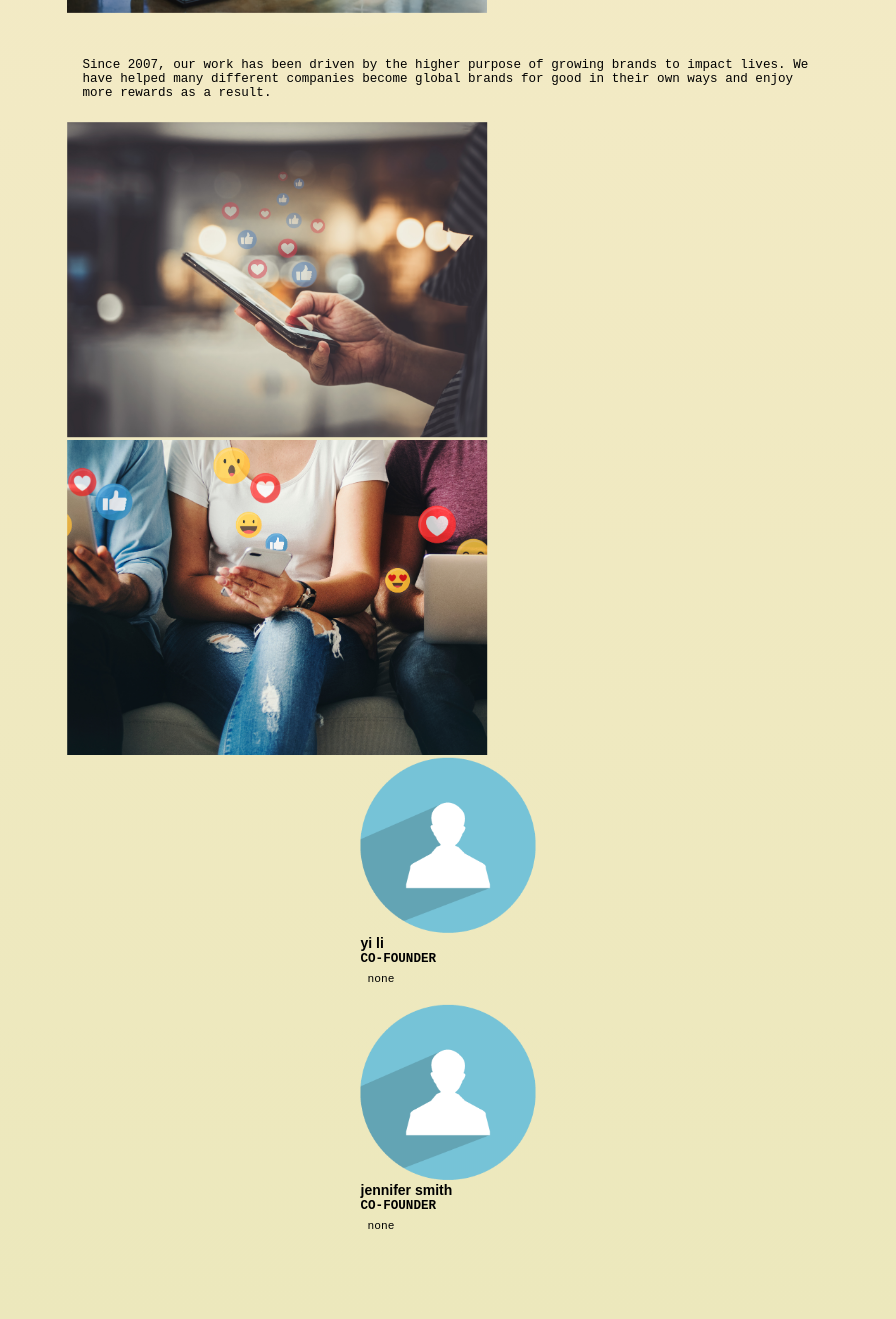
Repository: cheungglenda/MDIA2109-Week3
Page: /
An editor plug-in stored every save of this project. The page is shown before and after the next save, followed by the edit.
The browser window is 1280 px wide. The pictures show the part of the page from y = 702 to 2622 px (the page is 2586 px tall before and 2622 px after), at 70% of full size.
The project was rebuilt for these pictures with package versions that can differ from the ones it lists, and the page was loaded fresh each time. The framework's server and built-in components were replaced by stand-ins that run in the browser. Also part of the build but not shown: next.config.js.

Above is the page before, as saved 2023-01-20 23:33:50.

### pages/index.js
import Head from 'next/head'
import Image from 'next/image'
import { Inter } from '@next/font/google'
import styles from '@/styles/Home.module.css'
import homeData from '../data/education.json'
import { useState } from 'react'
import Card from '../components/Card'
import Link from 'next/link'

const inter = Inter({ subsets: ['latin'] })

export default function Home() {

  /** ([...data]) enters the data in the useState and is calling that info. the useState has all the data from the education.json file */
  const [information, setInformation] = useState([...homeData])
  console.log(homeData);

  return (
    <>
      <Head>
        <title>Pug Media Co.</title>
        <meta name="description" content="Full-service digital marketing agency" />
        <meta name="viewport" content="width=device-width, initial-scale=1" />
        <link rel="icon" href="/favicon.ico" />
      </Head>
      <main className={styles.main}>
        <div className={styles.buttons}>
      <Link href="/" className={styles.links}>Home</Link>
      <Link href="../about" className={styles.links}>About</Link>
      <Link href="/" className={styles.links}>Contact</Link>
        </div>

        <div className={styles.meetTitle}>Pug Media Co.</div>
        <div className={styles.center}>
          <Image
            className={styles.logo}
            src="/office.jpeg"
            width={600}
            height={450}
          />
          <div className={styles.homeDesc}>
            Pug Media Co. is an independent creative full-service media agency developing content on a global scale. <br></br><br></br>The experts here at Pug Media Co. specialize in SEO, web design, and branding. We have helped many clients from various industries, and hope to help you achieve your goals as well!
          </div>
        </div>
        <div className={styles.bottom}>
        <div className={styles.homeDesc}>
        Since 2007, our work has been driven by the higher purpose of growing brands to impact lives. We have helped many different companies become global brands for good in their own ways and enjoy more rewards as a result.<br></br>
          </div>
        <Image
            className={styles.social}
            src="/media.jpeg"
            width={600}
            height={450}
          />
                <Image
            className={styles.social}
            src="/media2.jpeg"
            width={600}
            height={450}
          />
        </div>
        <div className={styles.profiles}>
            {information && information.map((info, index) => {
              if(info.department === "Business") {
                return (
                  <Card key={index}
                    image={info.image}
                    firstname={info.firstName}
                    lastname={info.lastName}
                    jobtitle={info.jobTitle}
                  />
                )
              }
            })}

              {information && information.map((info, index) => {
              if(info.department === "HR") {
                return (
                  <Card key={index}
                    image={info.image}
                    firstname={info.firstName}
                    lastname={info.lastName}
                    jobtitle={info.jobTitle}
                  />
                )
              }
            })}
          </div>
      </main>
    </>
  )
}

/** .toLowerCase() is input when you don't want to worry about case sensitivity */

### styles/Home.module.css
.main {
  display: flex;
  flex-direction: column;
  justify-content: space-between;
  align-items: center;
  padding: 6rem;
  font-family:arial;
  min-height: 100vh;
  background-image: linear-gradient(rgb(245, 235, 200), rgb(236, 232, 188));

}

.buttons {
  display: flex;
  flex-direction:row;
  justify-content: space-evenly;
  margin-bottom:3%;
}

.links:hover {
  text-decoration:underline;
}

.links {
  font-size: 18px;
  max-width: var(--max-width);
  width: 100%;
  font-weight:900;
  font-family: 'Courier New', Courier, monospace;
  text-transform:lowercase;
  padding-left:10%;
}

.description {
  display: inherit;
  justify-content: inherit;
  align-items: inherit;
  font-size: 15px;
  max-width: var(--max-width);
  width: 100%;
  font-family: var(--font-mono);
}

.social {
  justify-content:inherit;
  object-fit:cover;
  margin-right:2%;
}

.homeDesc {
  font-size: 18px;
  font-family:'Courier New', Courier, monospace;
  margin-left:2%;
  margin-bottom:3%;
}

.description a {
  display: flex;
  justify-content: center;
  align-items: center;
  gap: 0.5rem;
}

.description p {
  position: relative;
  margin: 0;
  padding: 1rem;
  background-color: rgba(var(--callout-rgb), 0.5);
  border: 1px solid rgba(var(--callout-border-rgb), 0.3);
  border-radius: var(--border-radius);
}

.code {
  font-weight: 700;
  font-family: var(--font-mono);
}

.meetTitle {
  font-size: 50px;
  font-weight:700;
  text-transform:lowercase;
  font-family:'Courier New', Courier, monospace;
  text-align:center;
}

.grid {
  display: flex;
  justify-content:center;
  width: var(--max-width);
  max-width: 100%;
  align-items:center;
  flex: 1;
}

.card {
  padding: 1rem 1.2rem;
  border-radius: var(--border-radius);
  background: rgba(var(--card-rgb), 0);
  border: 1px solid rgba(var(--card-border-rgb), 0);
  transition: background 200ms, border 200ms;
}

.card span {
  display: inline-block;
  transition: transform 200ms;
}

.info {
  font-family:'Courier New', Courier, monospace;
}

.card h2 {
  font-weight: 600;
  margin-bottom: 0.7rem;
}

.card p {
  margin: 0;
  opacity: 0.6;
  font-size: 0.9rem;
  line-height: 1.5;
  max-width: 30ch;
}


.employees {
  display:flex;
  gap:20px;
  width: 80%;
  text-align:center;
  font-family:'Courier New', Courier, monospace;
}

.titleDesc {
  font-size:16px;
  margin-bottom:3%;
}

.center {
  display: flex;
  justify-content: center;
  align-items: center;
  position: relative;
  padding: 4rem 0;
}

.center::before {
  background: var(--secondary-glow);
  border-radius: 50%;
  width: 480px;
  height: 360px;
  margin-left: -400px;
}

.center::after {
  background: var(--primary-glow);
  width: 240px;
  height: 180px;
  z-index: -1;
}

.center::before,
.center::after {
  content: '';
  left: 50%;
  position: absolute;
  filter: blur(45px);
  transform: translateZ(0);
}

.logo,
.thirteen {
  position: relative;
  object-fit:cover;
}

.thirteen {
  display: flex;
  justify-content: center;
  align-items: center;
  width: 75px;
  height: 75px;
  padding: 25px 10px;
  margin-left: 16px;
  transform: translateZ(0);
  border-radius: var(--border-radius);
  overflow: hidden;
  box-shadow: 0px 2px 8px -1px #0000001a;
}

.thirteen::before,
.thirteen::after {
  content: '';
  position: absolute;
  z-index: -1;
}

/* Conic Gradient Animation */
.thirteen::before {
  animation: 6s rotate linear infinite;
  width: 200%;
  height: 200%;
  background: var(--tile-border);
}

/* Inner Square */
.thirteen::after {
  inset: 0;
  padding: 1px;
  border-radius: var(--border-radius);
  background: linear-gradient(
    to bottom right,
    rgba(var(--tile-start-rgb), 1),
    rgba(var(--tile-end-rgb), 1)
  );
  background-clip: content-box;
}

/* Enable hover only on non-touch devices */
@media (hover: hover) and (pointer: fine) {
  .card:hover {
    background: rgba(var(--card-rgb), 0.1);
    border: 1px solid rgba(var(--card-border-rgb), 0.15);
  }

  .card:hover span {
    transform: translateX(4px);
  }
}

@media (prefers-reduced-motion) {
  .thirteen::before {
    animation: none;
  }

  .card:hover span {
    transform: none;
  }
}

/* Mobile */
@media (max-width: 700px) {
  .content {
    padding: 4rem;
  }

  .grid {
    grid-template-columns: 1fr;
    margin-bottom: 120px;
    max-width: 320px;
    text-align: center;
  }

  .card {
    padding: 1rem 2.5rem;
  }

  .card h2 {
    margin-bottom: 0.5rem;
  }

  .center {
    padding: 8rem 0 6rem;
  }

  .center::before {
    transform: none;
    height: 300px;
  }

  .description {
    font-size: 0.8rem;
  }

  .description a {
    padding: 1rem;
  }

  .description p,
  .description div {
    display: flex;
    justify-content: center;
    position: fixed;
    width: 100%;
  }

  .description p {
    align-items: center;
    inset: 0 0 auto;
    padding: 2rem 1rem 1.4rem;
    border-radius: 0;
    border: none;
    border-bottom: 1px solid rgba(var(--callout-border-rgb), 0.25);
    background: linear-gradient(
      to bottom,
      rgba(var(--background-start-rgb), 1),
      rgba(var(--callout-rgb), 0.5)
    );
    background-clip: padding-box;
    backdrop-filter: blur(24px);
  }

  .description div {
    align-items: flex-end;
    pointer-events: none;
    inset: auto 0 0;
    padding: 2rem;
    height: 200px;
    background: linear-gradient(
      to bottom,
      transparent 0%,
      rgb(var(--background-end-rgb)) 40%
    );
    z-index: 1;
  }
}

/* Tablet and Smaller Desktop */
@media (min-width: 701px) and (max-width: 1120px) {
  .grid {
    grid-template-columns: repeat(2, 50%);
  }
}

@media (prefers-color-scheme: dark) {

  .main {
    background-image: linear-gradient(rgb(51, 65, 14), rgb(169, 169, 110));
  }

  .vercelLogo {
    filter: invert(1);
  }

  .meetTitle {
    color:white;
  }

  .titleDesc {
    color:white;
  }

  .links {
    color: white;
  }

  .employees {
    color: black;
  }
}

@keyframes rotate {
  from {
    transform: rotate(360deg);
  }
  to {
    transform: rotate(0deg);
  }
}

### data/education.json
[
        {
            "firstName": "Yi",
            "lastName": "Li",
            "department": "Business",
            "jobTitle": "Co-Founder",
            "description": "Pug Media Co. does results. We do them best when we do them together, when it is achieved as a team. In all that we do we aspire to wow our clients and their customers with the brilliant work that delivers amazing, measurable results. We strive to make a positive impact, which is at the heart of everything that we do."
        },
        {
            "firstName": "Jennifer",
            "lastName": "Smith",
            "department": "HR",
            "jobTitle": "Co-Founder",
            "description": "As one of the co-founders of Pug Media Co., we have a simple but great vision in helping clients strategize their social media. Our passion lies in bringing an impact to the lives of others through our work, and we are so grateful that we get to work with a multitude of clients from different industries."
        }
]

### components/Card/index.js
export default function Card({
    firstname = "none",
    lastname = "none",
    department = "none",
    jobtitle = "none",
    yearsworked = 0,
    description = "none",
    contact = "none",
    color = "pink",
    font = "O",
    image = "icon/person.png"
}) {
    return (
        <div>
            <img src={image} width="250"></img>
            <h1 style={{textTransform: "lowercase", fontSize: 20}}>{firstname} {lastname}</h1>
            <h2 style={{fontFamily:"'Courier New', Courier, monospace", textTransform: "uppercase", fontSize: 18}}>{jobtitle}</h2>
            <p style={{fontFamily: "'Courier New', Courier, monospace", margin:"10px"}}>{description}</p><br></br>
        </div>
    )
}

Loaded but not shown: pages/_app.js (common file); pages/_document.js (common file); styles/globals.css (common file)

After the next save:
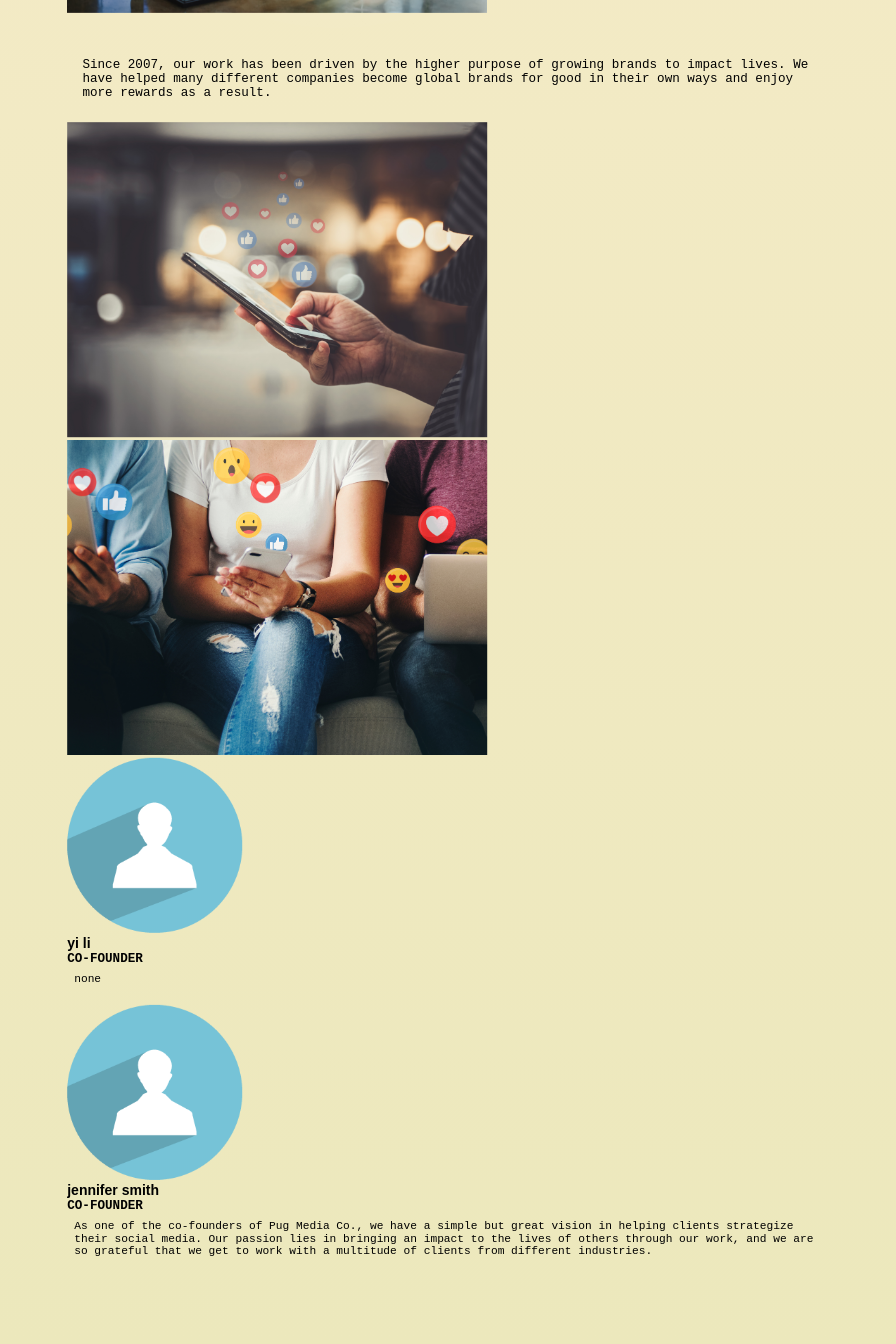
Saved 20 s later.
--- a/pages/index.js
+++ b/pages/index.js
@@ -81,6 +81,7 @@ export default function Home() {
                     firstname={info.firstName}
                     lastname={info.lastName}
                     jobtitle={info.jobTitle}
+                    description={info.description}
                   />
                 )
               }
